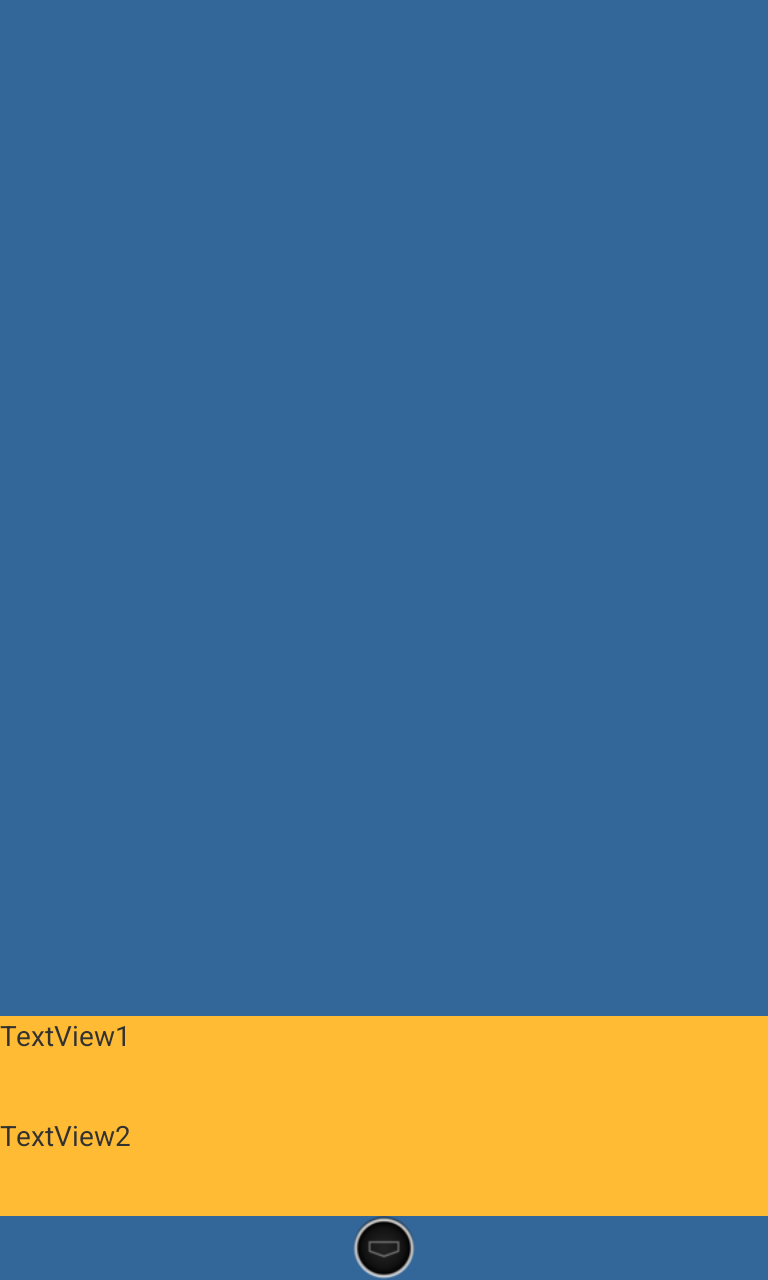
Repository: complexityclass/GosClient
Layout: Client/res/layout/activity_service.xml
The author's editor kept a copy of each file at every save. The layout is drawn from the files as they stood at one save, then again after the next save.
It is drawn on a 768 x 1280 px phone screen (xhdpi) without system bars, with theme AppTheme; the app's code is not run. Lists and similar views that code fills are empty.

Above is the layout before, as saved 2013-04-19 13:41:28.

### Client/res/layout/activity_service.xml
<?xml version="1.0" encoding="utf-8"?>
<LinearLayout xmlns:android="http://schemas.android.com/apk/res/android"
    android:layout_width="fill_parent"
    android:layout_height="fill_parent"
    android:orientation="vertical" >

    <SlidingDrawer
        android:id="@+id/drawer"
        android:layout_width="fill_parent"
        android:layout_height="wrap_content"
        android:background="#336699"
        android:content="@+id/content"
        android:handle="@+id/handle" >

        <LinearLayout
            android:id="@id/content"
            android:layout_width="fill_parent"
            android:layout_height="fill_parent"
            android:orientation="vertical" >

            <ExpandableListView
                android:id="@+id/exListView"
                android:layout_width="fill_parent"
                android:layout_height="wrap_content"
                android:background="@drawable/back"
                android:indicatorLeft="250dp"
                android:indicatorRight="300dp" />
        </LinearLayout>

        <LinearLayout
            android:id="@id/handle"
            android:layout_width="match_parent"
            android:layout_height="wrap_content"
            android:orientation="vertical" >

            <TextView
                android:id="@+id/textView1"
                android:layout_width="match_parent"
                android:layout_height="50dp"
                android:background="@android:color/holo_orange_light"
                android:text="TextView1" />

            <TextView
                android:id="@+id/textView2"
                android:layout_width="match_parent"
                android:layout_height="50dp"
                android:background="@android:color/holo_orange_light"
                android:text="TextView2" />

            <ImageView
                android:id="@+id/imageView23"
                android:layout_width="match_parent"
                android:layout_height="fill_parent"
                android:contentDescription="@string/Habarovsk"
                android:src="@drawable/upbutton" />
        </LinearLayout>
    </SlidingDrawer>

</LinearLayout>

### Client/res/values/strings.xml
<?xml version="1.0" encoding="utf-8"?>
<resources>

    <string name="app_name">Client</string>
    <string name="hello_world">Hello world!</string>
    <string name="menu_settings">Settings</string>
    <string name="title_activity_main">MainActivity</string>
    <string name="title_activity_about_us">About us</string>
    <string name="title_activity_news">News</string>
    <string name="title_activity_citizen_reg">Citizens</string>
    <string name="title_activity_agencies">Agencies</string>
    <string name="title_activity_areas_of">Areas</string>
    <string name="agencies_ru">Ведомства</string>
    <string name="about_project_ru">О проекте</string>
    <string name="areas_of_ru">Направления деятельности</string>
    <string name="news_ru">Новости</string>
    <string name="organizations_ru">Организациям</string>
    <string name="electronic_services_ru">Электронные услуги</string>
    <string name="life_situations_ru">Жизненные ситуации</string>
    <string name="information_ru">Информация</string>
    <string name="visitor_statistics_ru">Статистика посещений</string>
    <string name="search_news_ru">Поиск по новостям</string>
    <string name="citizens_ru">Гражданам</string>
    <string name="spots_treatment_ru">Места обращения</string>
    <string name="useful_links_ru">Полезные ссылки</string>
    <string name="universal_card_ru">Развитие универсальной электронной карты</string>
    <string name="faq_ru">Часто задаваемые вопросы</string>
    <string name="title_activity_test">TestActivity</string>
    <string name="title_activity_web_view">WebViewActivity</string>
    <string name="title_section3">Section 3</string>
    <string name="title_section2">Section 2</string>
    <string name="title_section1">Section 1</string>
    <string name="title_activity_swipe">SwipeActivity</string>
    <string name="title_activity_life_situations">LifeSituationsActivity</string>
    <string name="action_settings">Settings</string>
    <string name="label1">Tab 1</string>
    <string name="label2">Tab 2</string>
    <string name="label3">Tab 3</string>
    <string name="federational">Федеральные</string>
    <string name="munitipal">Муниципальные</string>
    <string name="regional">Региональные</string>
    <string name="title_activity_expandable_list_view_test">ExpandableListViewTest</string>
    <string name="title_activity_expandable_list">ExpandableListActivity</string>
    <string name="Habarovsk_Servise">Хабаровск Услуги</string>
    <string name="Habarovsk">Habarovsk</string>
    <string name="title_activity_service">ServiceActivity</string>

</resources>

Loaded but not shown: Client/res/values-v11/styles.xml (common file); Client/res/values-v14/styles.xml (common file); Client/res/values/styles.xml (common file)

After the next save:
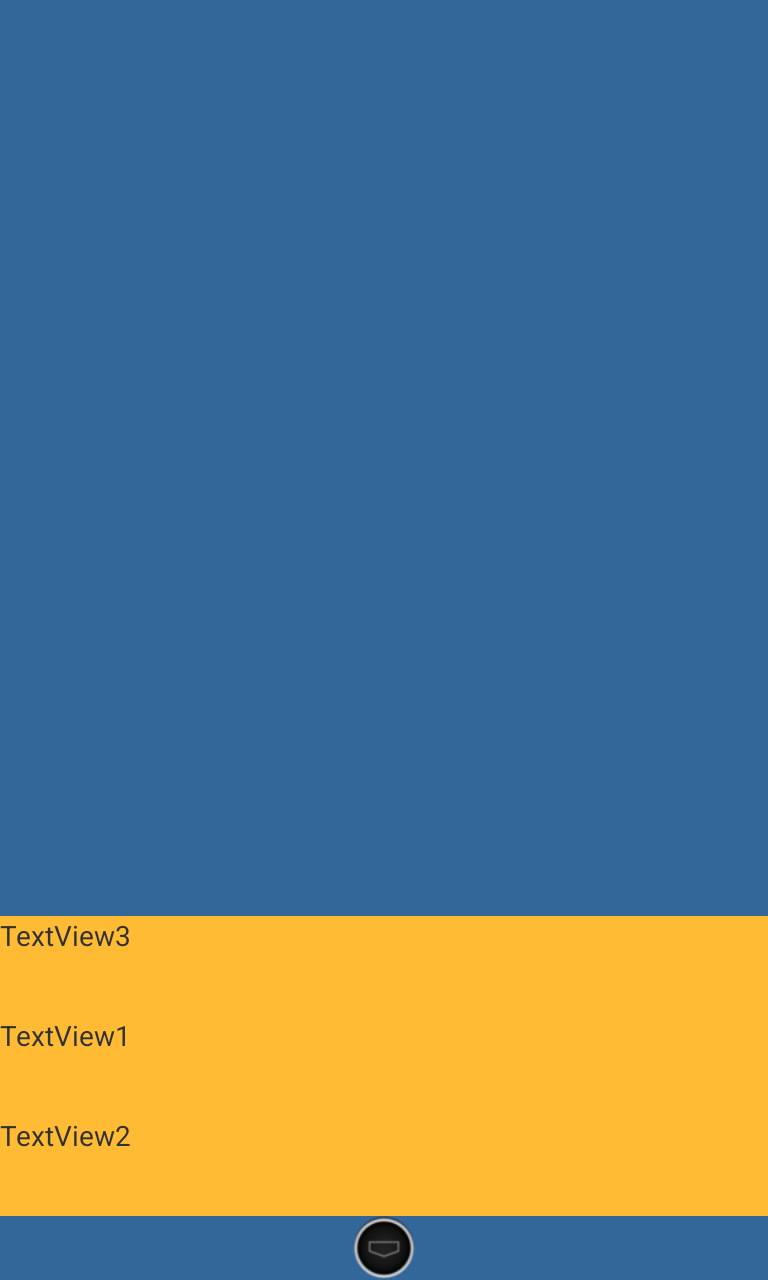
Saved 3 min 2 s later.
--- a/Client/res/layout/activity_service.xml
+++ b/Client/res/layout/activity_service.xml
@@ -34,6 +34,13 @@
             android:orientation="vertical" >
 
             <TextView
+                android:id="@+id/textView3"
+                android:layout_width="match_parent"
+                android:layout_height="50dp"
+                android:background="@android:color/holo_orange_light"
+                android:text="TextView3" />
+
+            <TextView
                 android:id="@+id/textView1"
                 android:layout_width="match_parent"
                 android:layout_height="50dp"
